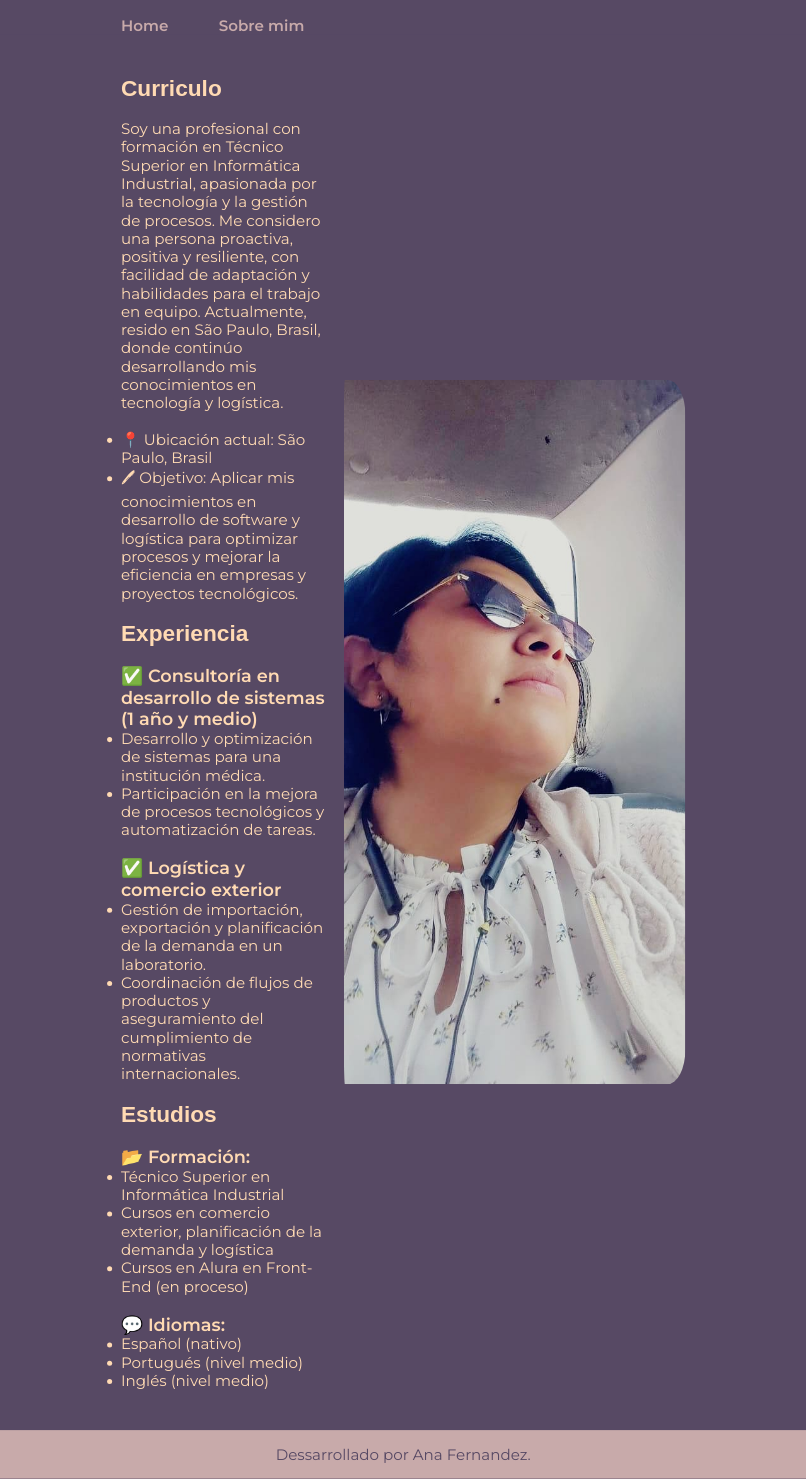
Repository: AnaFzCz/Portifolio-HTML-CSS-dinamico
Page: about.html
An editor plug-in stored every save of this project. The page is shown before and after the next save, followed by the edit.
The browser window is 1280 px wide. The pictures show the whole page, at 63% of full size.
Some web fonts or font styles are not loaded; a fallback is used.

Above is the page before, as saved 2025-02-11 10:21:49.

After the next save:
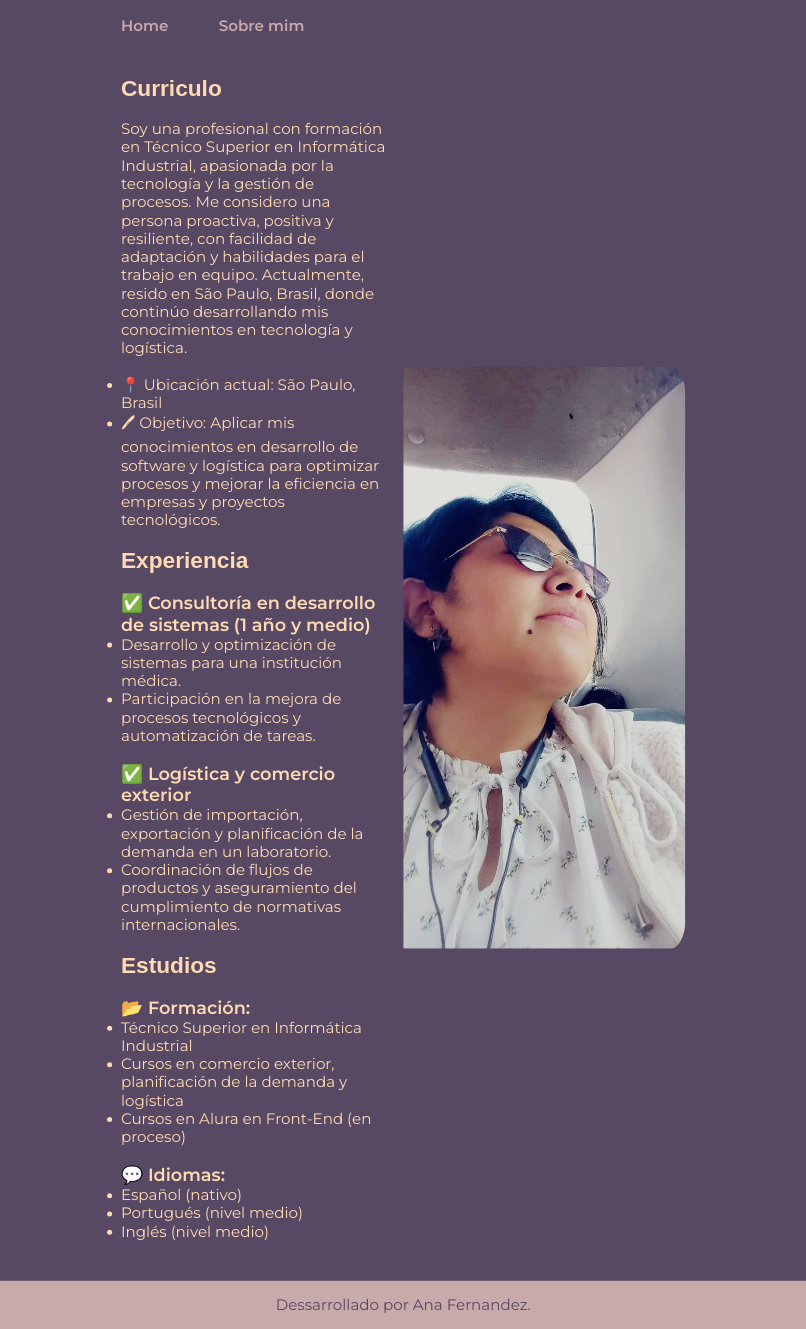
Saved 37 s later.
--- a/styles/style.css
+++ b/styles/style.css
@@ -129,6 +129,9 @@
     padding-left: 3%;
 
 }
+.apresentacao__imgem{
+    width: 50%;
+}
 
 .rodape {
     padding: 24px;
